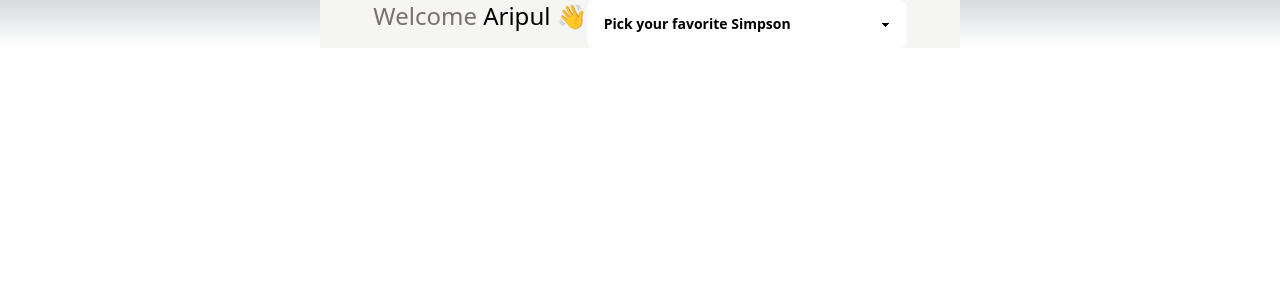
Repository: mehedi9465/nextapp
Page: /Dashboard
The author's editor kept a copy of each file at every save. The page is drawn from the files as they stood at one save, then again after the next save.
The browser window is 1280 px wide. The pictures show the whole page.
The project was rebuilt for these pictures with package versions that can differ from the ones it lists, and the page was loaded fresh each time. The framework's server and built-in components were replaced by stand-ins that run in the browser. Also part of the build but not shown: next.config.js, Components/Navbar.js.

Above is the page before, as saved 2023-03-04 14:55:43.

### pages/Dashboard/index.js
import Navbar from "@/Components/Navbar";
import Link from "next/link";
import React from "react";

const index = () => {
  return (
    <>
      {/* <Navbar></Navbar> */}

      <div className="max-w-screen-sm mx-auto bg-stone-100 text-black">
        <div className="flex justify-center">
          <p className="text-2xl">
            <span className="text-stone-500">Welcome</span> Aripul 👋
          </p>
          <select className="select w-full max-w-xs">
            <option disabled selected>
              Pick your favorite Simpson
            </option>
            <option>Today</option>
            <option>Yesterday</option>
          </select>
        </div>
        <div></div>
        <div></div>
      </div>
    </>
  );
};

export default index;

Loaded but not shown: pages/_app.js (common file); pages/_document.js (common file); styles/globals.css (common file); tailwind.config.js (common file)

After the next save:
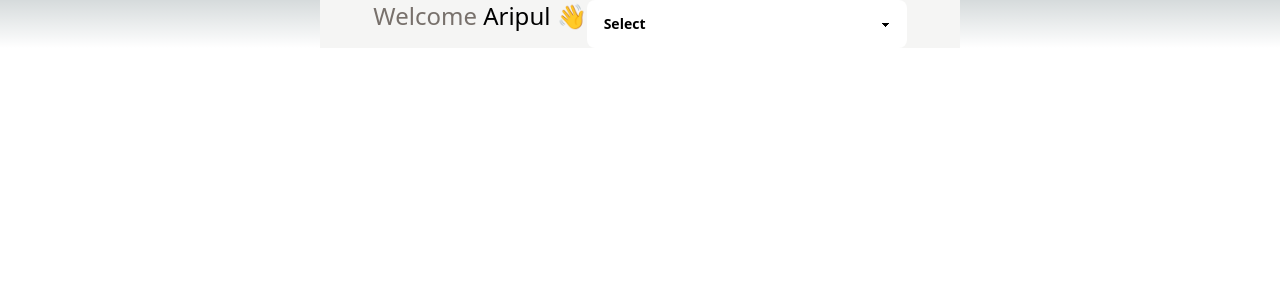
Saved 16 s later.
--- a/pages/Dashboard/index.js
+++ b/pages/Dashboard/index.js
@@ -14,7 +14,7 @@ const index = () => {
           </p>
           <select className="select w-full max-w-xs">
             <option disabled selected>
-              Pick your favorite Simpson
+              Select
             </option>
             <option>Today</option>
             <option>Yesterday</option>
